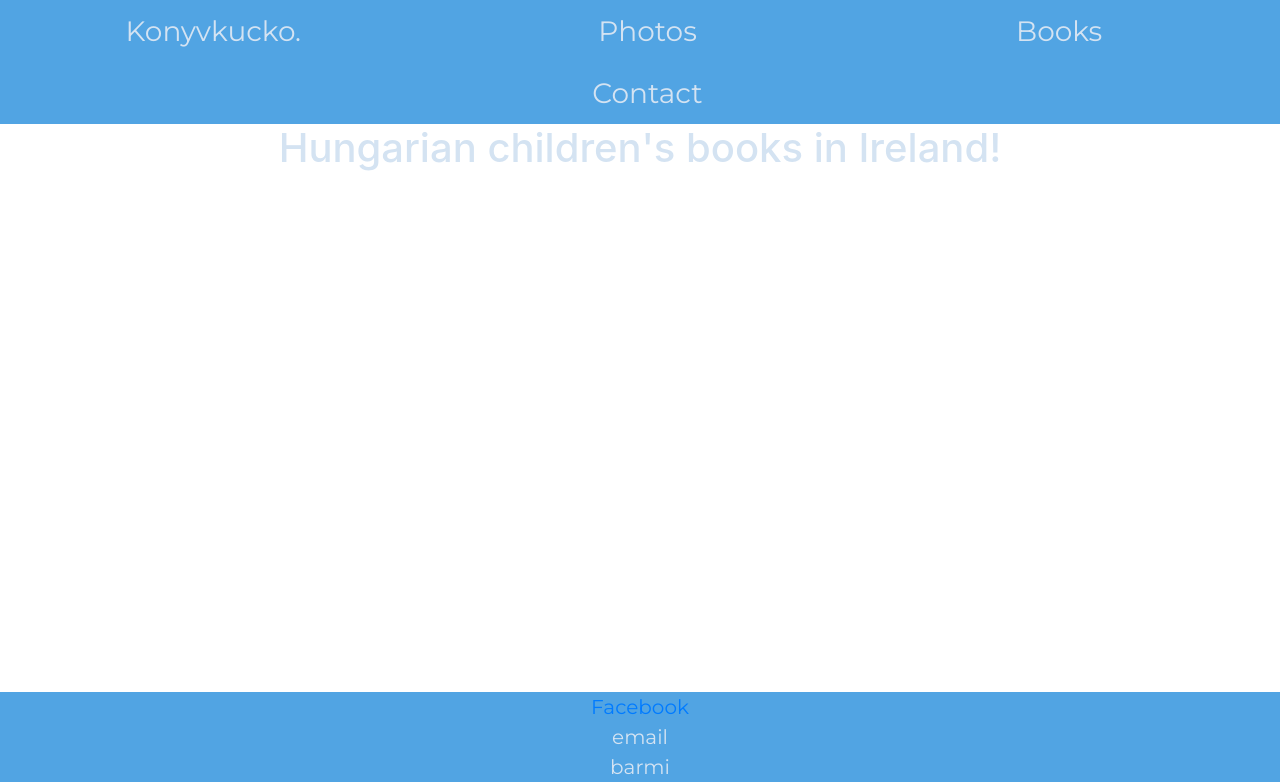
Repository: taikatta/Konyvkucko
Page: index.html
The author's editor kept a record of every edit. The page is drawn from the files as they stood at one moment, then again after the next edit.
The browser window is 1280 px wide. The pictures show the whole page.

Above is the page before.

### index.html
<!DOCTYPE html>
<html lang="en">

<head>
    <meta charset="UTF-8">
    <meta name="viewport" content="width=device-width, initial-scale=1.0">
    <meta http-equiv="X-UA-Compatible" content="ie=edge">
    <link rel="stylesheet" href="https://stackpath.bootstrapcdn.com/bootstrap/4.3.1/css/bootstrap.min.css" type="text/css" />
    <link rel="stylesheet" href="https://stackpath.bootstrapcdn.com/font-awesome/4.7.0/css/font-awesome.min.css" type="text/css" />
    <link rel="stylesheet" href="css/style.css" type="text/css" />
    <title>Dublini Magyar Könyvkuckó</title>
</head>

<body>
    <header>
        <div class="row no-gutters">


            <a href="index.html" style="text-decoration: none" class="col-md-4 brand">Konyvkucko.</a>

            <div class="col-md-8 d-none d-md-block">
                <div class="col">
                    <ul id="nav" class="list-inline menucontainer">
                        <li class="col-6 list-inline-item menuitem">
                            <a href="#"><span>Photos</span></a>
                        </li>
                        <li class="col-6 list-inline-item menuitem">
                            <a href="books.html"><span>Books</span></a>
                        </li>

                        <li class="col-6 list-inline-item menuitem">
                            <a href="contact.html"><span>Contact</span></a>
                        </li>
                    </ul>
                </div>
            </div>


            <div class="col-md-8 d-block d-md-none">

            </div>
        </div>
    </header>
    <section>
        <div class="home-background">
            <h1 class="introduction"><a href="books.html" style="text-decoration: none; color: #d4e3f2">Hungarian children's books in Ireland!</a></h1>





        </div>


    </section>
    <footer>
        <div>
            <a href="https://www.facebook.com/konyvkucko/" target="_blank" style="text-decoration: none">Facebook</a>
            <br> email <br> barmi
        </div>
    </footer>

</body>

</html>

### css/style.css
@import url('https://fonts.googleapis.com/css?family=Montserrat&display=swap:100, 200, 300, 400, 500, 600, 700');

/*--------------------------------------------Colors*/



/*--------------------------------------------Heading*/

header, footer {
    margin: 0;
    background-color: #51a4e3; /* #1d7fcf; */

}

footer > div{
    font-family: "Montserrat", sans-serif;
    font-weight: 100;
    font-size: 20px;
    text-align: center;
    color: #d4e3f2;
}


.list-inline-item:not(:last-child) {
    margin: 0;
}

.menucontainer {
    font-size: 0;
    min-height: 60px;
}

.menuitem a {
    width: 100%;
    text-decoration: none;
}

#nav li {
    font-family: "Montserrat", sans-serif;
    font-weight: 200;
    font-size: 28px;
    margin-top: 10px;
    margin-bottom: 10px;
    text-align: center;

}

#nav span {
    color: #d4e3f2;
}

.brand {
    color: #d4e3f2;
    font-family: "Montserrat", sans-serif;
    font-weight: 200;
    font-size: 28px;
    margin-top: 10px;
    margin-bottom: 10px;
    text-align: center;
}

#nav {
    margin: 0;
}


.page-title h1 {
    padding-top: 10px;
    text-align: center;
}

.container {
    padding: 10px 0;
    background-color: #d4e3f2;

}

/*
.container:not(:last-child) {
    margin-right: 10px;

}
*/

#button1, #button2, #button3, #button4 {
    margin-top: 10px;
    margin-bottom: 10px;
}


.callout-container {
    height: 100vh;
    background: url("../images/deansgrange1.jpg") no-repeat bottom right fixed;
    -webkit-background-size: cover;
    -moz-background-size: cover;
    -o-background-size: cover;
    background-size: cover;
    display: flex;
    align-items: center;
    justify-content:center;
    position: relative;
}

.introduction {
    color: black; /*#d4e3f2; */
    text-align: center;
    height: 560px;
}


/*

.logo {
    background: url("../images/logo.jpg");
    background-position: center;
    background-repeat: no-repeat;
    background-size: 75%;
    min-height: 60px;
    background-color: #1d7fcf;
}

*/

/*
.heading {
    margin-left: 50px;
}

*/

/*

.page-title {
    font-family: "Montserrat", sans-serif;
    font-weight: 200;
    font-size: 28px;
    color: #0f68b7;
    background-color: #8bc4ec;
    min-height: 60px;
    width: auto;
    text-transform: uppercase;
    letter-spacing: 2px;
    margin: 0;
}
*/

After the next edit:
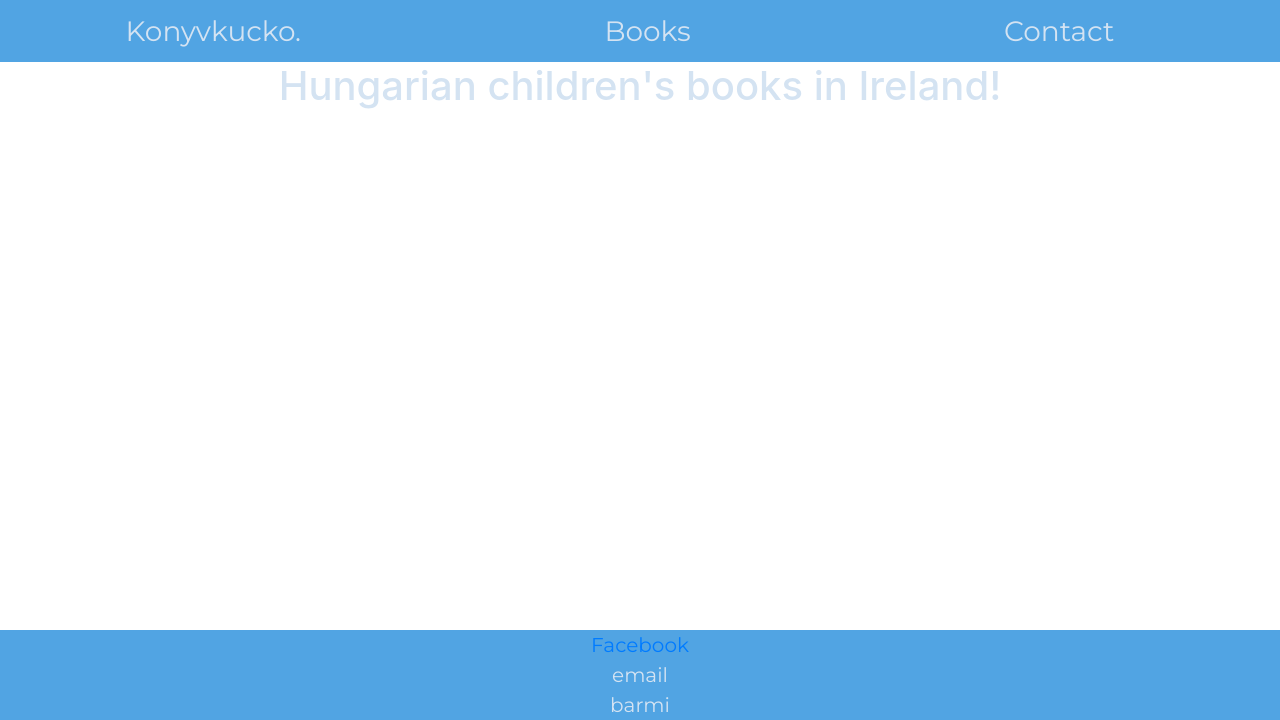
The edit:
--- a/index.html
+++ b/index.html
@@ -21,9 +21,7 @@
             <div class="col-md-8 d-none d-md-block">
                 <div class="col">
                     <ul id="nav" class="list-inline menucontainer">
-                        <li class="col-6 list-inline-item menuitem">
-                            <a href="#"><span>Photos</span></a>
-                        </li>
+
                         <li class="col-6 list-inline-item menuitem">
                             <a href="books.html"><span>Books</span></a>
                         </li>
